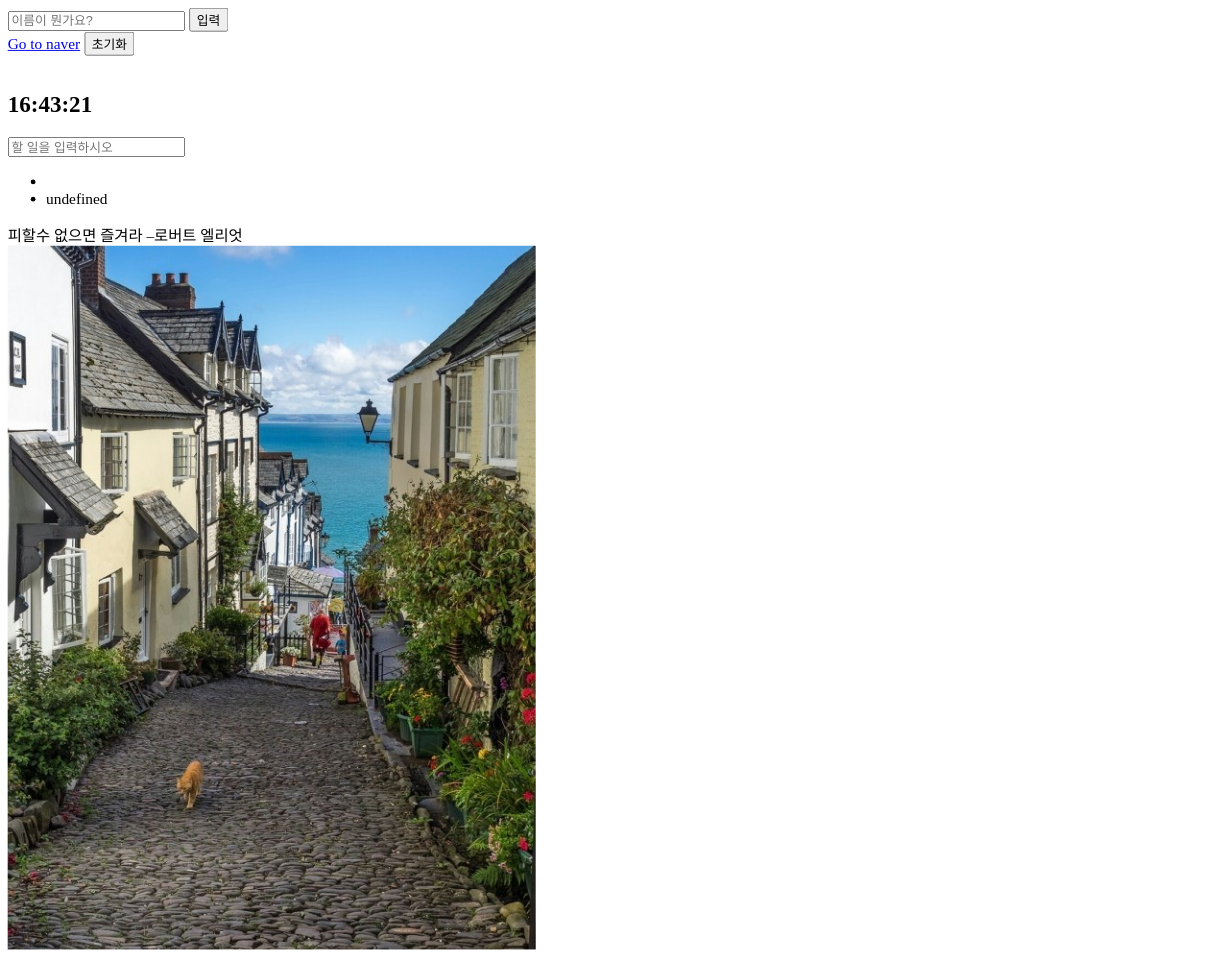
Repository: jun01270/F-E-practice
Page: index.html
An editor plug-in stored every save of this project. The page is shown before and after the next save, followed by the edit.
The browser window is 1280 px wide. The pictures show the whole page, at 96% of full size.

Above is the page before, as saved 2022-12-23 11:23:32.

### index.html
<!DOCTYPE html>
<html lang="en">
  <head>
    <meta charset="UTF-8" />
    <meta http-equiv="X-UA-Compatible" content="IE=edge" />
    <meta name="viewport" content="width=device-width, initial-scale=1.0" />
    <link rel="stylesheet" href="/css/style.css" />
    <title>Document</title>
  </head>
  <body>
    <form id="userName-form" class="hidden">
      <input required type="text" placeholder="이름이 뭔가요?" />
      <input type="submit" value="입력" />
    </form>
    <div>
      <a href="https://naver.com">Go to naver</a>
      <h1 id="result" class="hidden"></h1>
      <button class="boom">초기화</button>
    </div>
    <br />
    <h2 id="clock">00:00:00</h2>
    <form id="todo-form">
      <input type="text" placeholder="할 일을 입력하시오" />
    </form>
    <ul id="todo-list">
      <li></li>
    </ul>
    <div id="quote">
      <span></span>
      <span></span>
    </div>
    <script src="/js/greeting.js"></script>
    <script src="/js/clock.js"></script>
    <script src="/js/quotes.js"></script>
    <script src="/js/background.js"></script>
    <script src="js/todo.js"></script>
  </body>
</html>

### js/greeting.js
const userNameBtn = document.querySelector("#userName-form submit");
const userName = document.querySelector("#userName-form input");
const loginForm = document.querySelector("#userName-form");
const firstH1 = document.getElementById("result");
const SavedUserName = localStorage.getItem("username");
const HIDDEN_CLASSNAME = "hidden";
const toStart = document.querySelector("button.boom");

function loginResult(e) {
  e.preventDefault();
  loginForm.classList.add(HIDDEN_CLASSNAME);
  const userName1 = userName.value;
  localStorage.setItem("username", userName1);
  paintUserName();
}

function paintUserName() {
  const userName1 = localStorage.getItem("username");
  firstH1.innerText = `Hello ${userName1}`;
  firstH1.classList.remove(HIDDEN_CLASSNAME);
}

if (SavedUserName === null) {
  loginForm.classList.remove(HIDDEN_CLASSNAME);
  loginForm.addEventListener("submit", loginResult);
} else {
  paintUserName();
}

function deleteUserName() {
  localStorage.removeItem("username");
  location.reload();
}

toStart.addEventListener("click", deleteUserName);
console.log(toStart.className);

### js/clock.js
const clock = document.querySelector("h2#clock");

function getClock() {
  const date = new Date();
  let Hours = String(date.getHours()).padStart(2, "0");
  let Minutes = String(date.getMinutes()).padStart(2, "0");
  let Seconds = String(date.getSeconds()).padStart(2, "0");
  console.log(`${date.getHours()}:${date.getMinutes()}:${date.getSeconds()}`);
  clock.innerText = `${Hours}:${Minutes}:${Seconds}`;
}

getClock();
setInterval(getClock, 1000);

### js/quotes.js
const quotes = [
  {
    quote: "삶이 있는 한 희망은 있다",
    author: "-키케로",
  },
  {
    quote: "산다는것 그것은 치열한 전투이다.",
    author: "-로망로랑",
  },
  {
    quote: "하루에 3시간을 걸으면 7년 후에 지구를 한바퀴 돌 수 있다. ",
    author: "-사무엘존슨",
  },
  {
    quote: "언제나 현재에 집중할수 있다면 행복할것이다. ",
    author: "-파울로 코엘료",
  },
  {
    quote:
      "진정으로 웃으려면 고통을 참아야하며 , 나아가 고통을 즐길 줄 알아야 해 ",
    author: "-찰리 채플린",
  },
  {
    quote: "직업에서 행복을 찾아라. 아니면 행복이 무엇인지 절대 모를 것이다 ",
    author: "-엘버트 허버드",
  },
  {
    quote: "신은 용기있는자를 결코 버리지 않는다 ",
    author: "-켄러",
  },
  {
    quote:
      "행복의 문이 하나 닫히면 다른 문이 열린다 그러나 우리는 종종 닫힌 문을 멍하니 바라보다가 우리를 향해 열린 문을 보지 못하게 된다 ",
    author: "–헬렌켈러",
  },
  {
    quote: "피할수 없으면 즐겨라 ",
    author: "–로버트 엘리엇",
  },
];
const quoteCount = quotes.length;
const quote = document.querySelector("#quote span:first-child");
const author = document.querySelector("#quote span:last-child");
const todaysQuote = quotes[Math.floor(Math.random() * quoteCount)];

function showQuote() {
  console.log(quotes[Math.floor(Math.random() * quoteCount)]);
  quote.innerText = todaysQuote.quote;
  author.innerText = todaysQuote.author;
}

setInterval(showQuote, 1000);

### js/background.js
const images = ["flower.jpg", "street.jpg", "tree.jpg"];
const chosenImage = images[Math.floor(Math.random() * images.length)];
const bgImage = document.createElement("img");

bgImage.src = `img/${chosenImage}`;

document.body.appendChild(bgImage);

### js/todo.js
const toDoForm = document.getElementById("todo-form");
const toDoInput = document.querySelector("#todo-form input");
const toDoList = document.getElementById("todo-list");

function paintToDo(newToDo) {
  const listOfToDo = document.createElement("li");
  const span = document.createElement("span");
  const button = document.createElement("button");
  button.innerText = "X";
  listOfToDo.appendChild(span);
  span.innerText = newToDo;
  console.log(listOfToDo);
  toDoList.appendChild(listOfToDo);
  localStorage.setItem("할 일", newToDo);
}

function handleToDoSubmit(e) {
  e.preventDefault();
  const newToDo = toDoInput.value;
  toDoInput.value = "";
  paintToDo(newToDo);
}

toDoForm.addEventListener("submit", handleToDoSubmit);

paintToDo();

Loaded but not shown: css/style.css (common file)

After the next save:
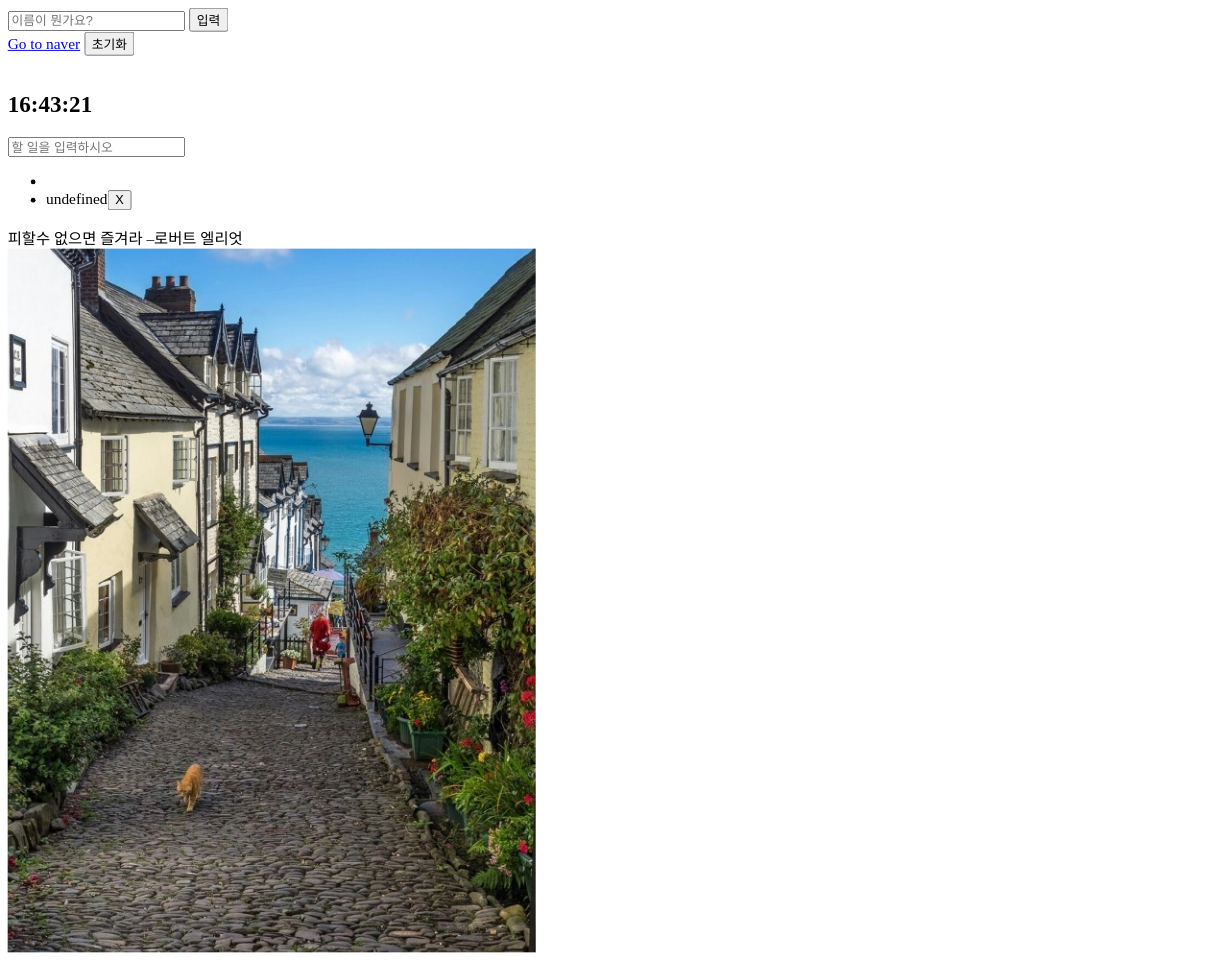
Saved 77 s later.
--- a/js/todo.js
+++ b/js/todo.js
@@ -5,9 +5,10 @@ const toDoList = document.getElementById("todo-list");
 function paintToDo(newToDo) {
   const listOfToDo = document.createElement("li");
   const span = document.createElement("span");
-  const button = document.createElement("button");
-  button.innerText = "X";
+  const deleteButton = document.createElement("button");
+  deleteButton.innerText = "X";
   listOfToDo.appendChild(span);
+  listOfToDo.appendChild(deleteButton);
   span.innerText = newToDo;
   console.log(listOfToDo);
   toDoList.appendChild(listOfToDo);
